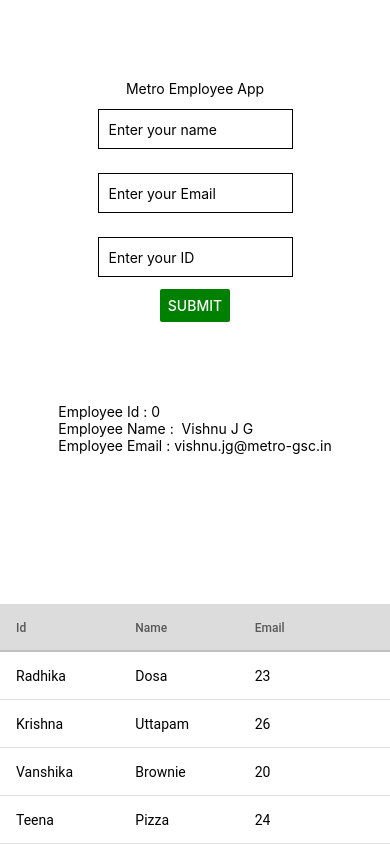
Repository: VishnuJG/Metro-Employee-App
Screen: /
The author's editor kept a copy of each file at every save. The screen is drawn from the files as they stood at one save, then again after a run of saves.
The app was drawn by React Native's web renderer in a window 390 px wide. The project was rebuilt for these pictures with package versions that can differ from the ones it lists, and the page was loaded fresh each time.

Above is the screen before, as saved 2022-06-28 14:47:57.

After the next 2 saves:
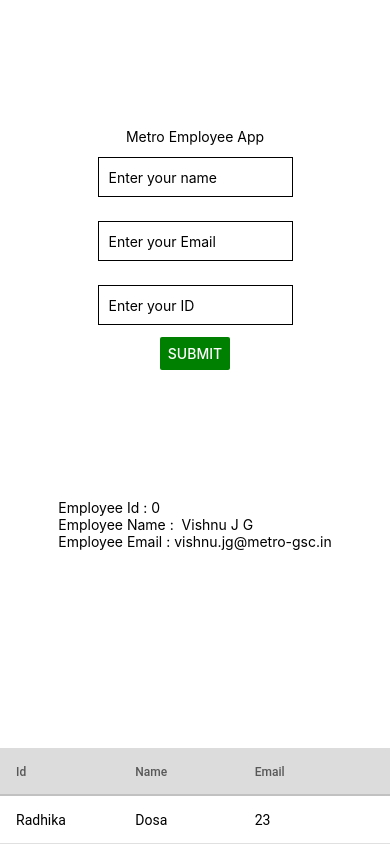
The 2 saves are shown as one change because they came seconds apart.
The last was saved 21 s later.
--- a/App.js
+++ b/App.js
@@ -81,21 +81,6 @@ export default function App() {
             <DataTable.Cell>23</DataTable.Cell>
           </DataTable.Row>
 
-          <DataTable.Row>
-            <DataTable.Cell>Krishna</DataTable.Cell>
-            <DataTable.Cell>Uttapam</DataTable.Cell>
-            <DataTable.Cell>26</DataTable.Cell>
-          </DataTable.Row>
-          <DataTable.Row>
-            <DataTable.Cell>Vanshika</DataTable.Cell>
-            <DataTable.Cell>Brownie</DataTable.Cell>
-            <DataTable.Cell>20</DataTable.Cell>
-          </DataTable.Row>
-          <DataTable.Row>
-            <DataTable.Cell>Teena</DataTable.Cell>
-            <DataTable.Cell>Pizza</DataTable.Cell>
-            <DataTable.Cell>24</DataTable.Cell>
-          </DataTable.Row>
         </DataTable>
     </View>
   );
